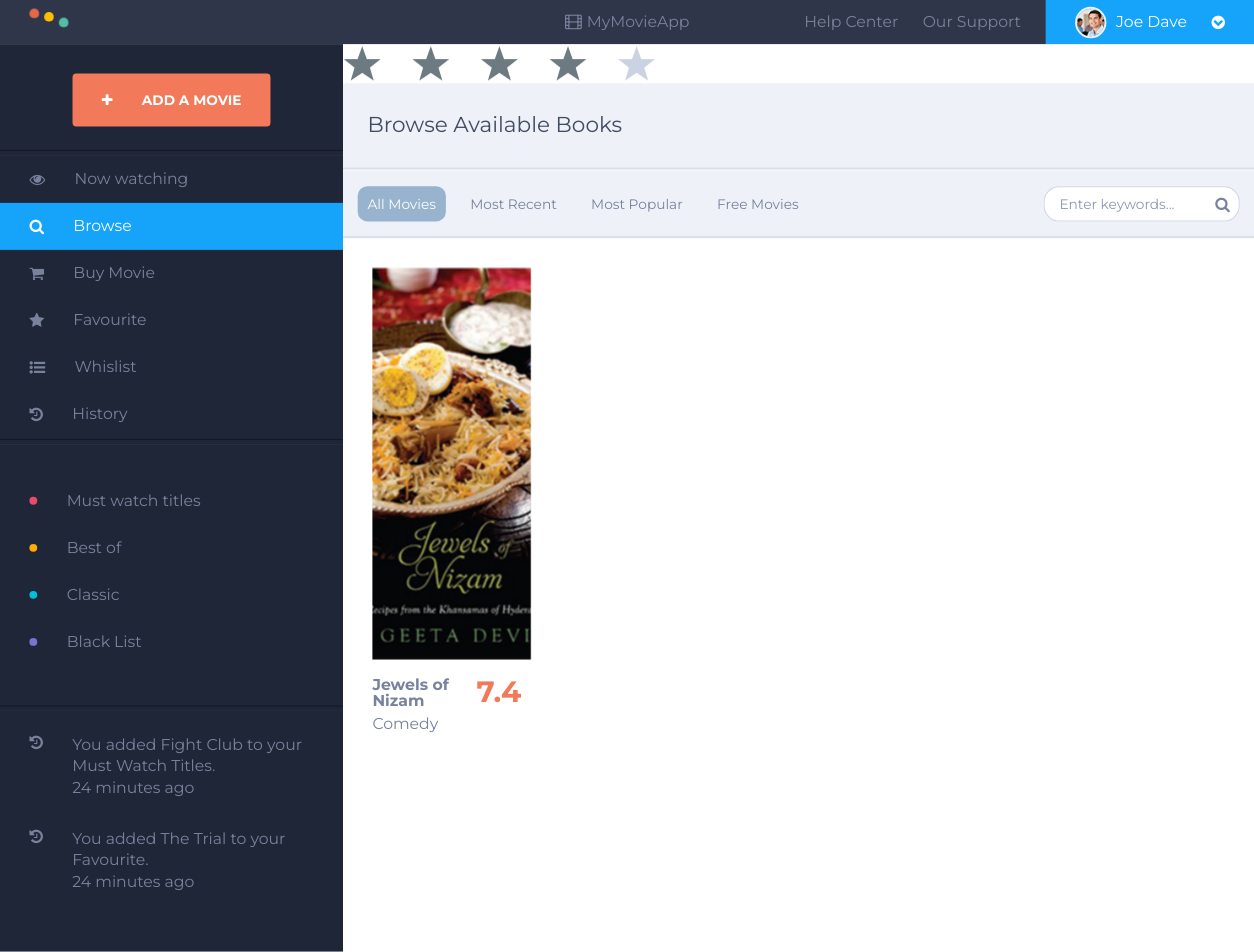
Repository: zyng/movie
Page: /
These files come from the project's save history. The page is drawn as it stood at one moment and after the next save; the edit follows.
The browser window is 1280 px wide. The pictures show the whole page, at 98% of full size.
Some web libraries are served in a nearby version. The project was rebuilt for these pictures with package versions that can differ from the ones it lists, and the page was loaded fresh each time.

Above is the page before, as saved 2019-01-17 02:23:54.

### public/index.html
<!DOCTYPE html>
<html lang="en">

<head>
  <meta charset="UTF-8">
  <meta name="viewport" content="width=device-width, initial-scale=1.0">
  <meta http-equiv="X-UA-Compatible" content="ie=edge">
  <title>Document</title>
  <!-- <link rel="stylesheet" href="https://maxcdn.bootstrapcdn.com/bootstrap/4.0.0/css/bootstrap.min.css" integrity="sha384-Gn5384xqQ1aoWXA+058RXPxPg6fy4IWvTNh0E263XmFcJlSAwiGgFAW/dAiS6JXm"
    crossorigin="anonymous"> -->

  <link href="https://fonts.googleapis.com/css?family=Montserrat:400,700&amp;subset=latin-ext" rel="stylesheet">

</head>

<body>
  <div id="root"></div>





  <script src="https://code.jquery.com/jquery-3.2.1.slim.min.js" integrity="sha384-KJ3o2DKtIkvYIK3UENzmM7KCkRr/rE9/Qpg6aAZGJwFDMVNA/GpGFF93hXpG5KkN"
    crossorigin="anonymous"></script>
  <script src="https://cdnjs.cloudflare.com/ajax/libs/popper.js/1.12.9/umd/popper.min.js" integrity="sha384-ApNbgh9B+Y1QKtv3Rn7W3mgPxhU9K/ScQsAP7hUibX39j7fakFPskvXusvfa0b4Q"
    crossorigin="anonymous"></script>
  <script src="https://maxcdn.bootstrapcdn.com/bootstrap/4.0.0/js/bootstrap.min.js" integrity="sha384-JZR6Spejh4U02d8jOt6vLEHfe/JQGiRRSQQxSfFWpi1MquVdAyjUar5+76PVCmYl"
    crossorigin="anonymous"></script>
</body>

</html>

### src/index.js
import React from 'react';
import ReactDOM from 'react-dom';
import App from './components/App';
import 'bootstrap/dist/css/bootstrap.min.css';
import './css/style.css';
import 'font-awesome/css/font-awesome.min.css';
import * as serviceWorker from './serviceWorker';

ReactDOM.render(<App />, document.getElementById('root'));

serviceWorker.unregister();

### src/components/App.js
import React, { Component } from 'react';

import Header from './Header/Header';
import Navigation from './Navigation/Navigation';
import MainContent from './Main/Main';


class App extends Component {


  render() {
    return (
      <>
        <Header />

        <main>
          <Navigation />
          <MainContent />
        </main>

      </>
    );
  }
}

export default App;

### src/css/style.css
/* http://meyerweb.com/eric/tools/css/reset/
   v2.0 | 20110126
   License: none (public domain)
*/
html, body, div, span, applet, object, iframe, h1, h2, h3, h4, h5, h6, p, blockquote, pre, a, abbr, acronym, address, big, cite, code, del, dfn, em, img, ins, kbd, q, s, samp, small, strike, strong, sub, sup, tt, var, b, u, i, center, dl, dt, dd, ol, ul, li, fieldset, form, label, legend, table, caption, tbody, tfoot, thead, tr, th, td, article, aside, canvas, details, embed, figure, figcaption, footer, header, hgroup, menu, nav, output, ruby, section, summary, time, mark, audio, video { margin: 0; padding: 0; border: 0; font-size: 100%; font: inherit; vertical-align: baseline; }

/* HTML5 display-role reset for older browsers */
article, aside, details, figcaption, figure, footer, header, hgroup, menu, nav, section { display: block; }

body { line-height: 1; }

ol, ul { list-style: none; }

blockquote, q { quotes: none; }

blockquote:before, blockquote:after { content: ''; content: none; }

q:before, q:after { content: ''; content: none; }

table { border-collapse: collapse; border-spacing: 0; }

.header { display: -webkit-box; display: -ms-flexbox; display: flex; height: 45px; background-color: #2f364a; -webkit-box-align: center; -ms-flex-align: center; align-items: center; }

.header__logo { position: absolute; left: 30px; display: -webkit-box; display: -ms-flexbox; display: flex; }

.header__logo div { width: 10px; height: 10px; border-radius: 5px; -webkit-animation: jump .6s infinite; animation: jump .6s infinite; }

.header__logo div:not(:last-child) { margin-right: 5px; }

.header__logo .header__logo--red { background-color: #e76847; }

.header__logo .header__logo--yellow { background-color: #fabf00; -webkit-animation-delay: .1s; animation-delay: .1s; }

.header__logo .header__logo--green { background-color: #52bea6; -webkit-animation-delay: .2s; animation-delay: .2s; }

.header__title { position: absolute; left: 50%; -webkit-transform: translateX(-50%); -ms-transform: translateX(-50%); transform: translateX(-50%); }

.header__title i { margin-right: 5px; }

.header__title i:before { font-size: 16px; }

@media screen and (max-width: 1279px) { .header__title { position: static; margin-left: 140px; } }

.header__nav { position: absolute; right: 0; display: -webkit-box; display: -ms-flexbox; display: flex; -webkit-box-align: center; -ms-flex-align: center; align-items: center; }

.header__nav a { text-decoration: none; }

.header__nav > a { color: #78829d; position: relative; }

.header__nav > a:hover::after { content: ''; position: absolute; top: 50%; -webkit-transform: translateY(-50%); -ms-transform: translateY(-50%); transform: translateY(-50%); right: -15px; width: 8px; height: 8px; border-radius: 50%; background-color: rgba(25, 32, 46, 0.7); }

.header__nav .profile { padding: 0 30px; background-color: #15a4fa; height: 45px; display: -webkit-box; display: -ms-flexbox; display: flex; -webkit-box-align: center; -ms-flex-align: center; align-items: center; }

.header__nav .profile a { display: -webkit-box; display: -ms-flexbox; display: flex; -webkit-box-align: center; -ms-flex-align: center; align-items: center; }

.header__nav .profile__logo { width: 32px; height: 32px; border-radius: 16px; border: 2px solid #eef1f7; margin-right: 10px; }

.header__nav .profile__logo img { -o-object-fit: cover; object-fit: cover; width: 100%; height: 100%; border-radius: 50%; }

.header__nav .profile__name { color: #fff; }

.header__nav .profile i { margin-left: 25px; color: #fff; }

.header__nav > a { margin-right: 25px; }

@-webkit-keyframes jump { 0% { -webkit-transform: translateY(0); transform: translateY(0); }
  50% { -webkit-transform: translateY(-10px); transform: translateY(-10px); }
  100% { -webkit-transform: translateY(0); transform: translateY(0); } }

@keyframes jump { 0% { -webkit-transform: translateY(0); transform: translateY(0); }
  50% { -webkit-transform: translateY(-10px); transform: translateY(-10px); }
  100% { -webkit-transform: translateY(0); transform: translateY(0); } }

.menu { left: 0; background-color: #1f2637; min-height: 100vh; max-width: 350px; }

.menu__new-movie { display: -webkit-box; display: -ms-flexbox; display: flex; -webkit-box-pack: center; -ms-flex-pack: center; justify-content: center; -webkit-box-align: center; -ms-flex-align: center; align-items: center; padding: 30px 0; position: relative; }

.menu__new-movie button { min-width: 200px; padding: 20px 30px; border-radius: 4px; background-color: #f2795a; border: none; outline: none; color: #fff; text-transform: uppercase; font-weight: 700; font-size: 14px; }

.menu__new-movie button i { margin-right: 30px; }

.menu__new-movie button:hover { cursor: pointer; }

.menu__new-movie::after { content: ''; height: 6px; width: 100%; position: absolute; bottom: 0; border-bottom: 1px solid rgba(120, 130, 157, 0.1); border-top: 1px solid #141824; }

.menu__movie-search { display: -webkit-box; display: -ms-flexbox; display: flex; -webkit-box-orient: vertical; -webkit-box-direction: normal; -ms-flex-direction: column; flex-direction: column; padding: 0; position: relative; -webkit-box-sizing: border-box; box-sizing: border-box; }

.menu__movie-search a { height: 48px; width: 100%; display: -webkit-box; display: -ms-flexbox; display: flex; -webkit-box-align: center; -ms-flex-align: center; align-items: center; padding-left: 30px; }

.menu__movie-search a.active { background-color: #15a4fa; color: #fff; }

.menu__movie-search a:hover:not(.active) { background-color: #2f364a; color: #fff; }

.menu__movie-search i { margin-right: 30px; }

.menu__movie-search::after { content: ''; height: 6px; width: 100%; position: absolute; bottom: -7px; border-bottom: 1px solid rgba(120, 130, 157, 0.1); border-top: 1px solid #141824; }

.menu__personal-categories { display: -webkit-box; display: -ms-flexbox; display: flex; -webkit-box-orient: vertical; -webkit-box-direction: normal; -ms-flex-direction: column; flex-direction: column; position: relative; padding: 40px 0; -webkit-box-sizing: border-box; box-sizing: border-box; }

.menu__personal-categories a { padding-left: 30px; display: -webkit-box; display: -ms-flexbox; display: flex; -webkit-box-align: center; -ms-flex-align: center; align-items: center; height: 48px; }

.menu__personal-categories a::before { content: ''; width: 8px; height: 8px; position: relative; border-radius: 50%; display: block; margin-right: 30px; }

.menu__personal-categories a:nth-child(1)::before { background-color: #e64c66; }

.menu__personal-categories a:nth-child(2)::before { background-color: #ffab00; }

.menu__personal-categories a:nth-child(3)::before { background-color: #00bfdd; }

.menu__personal-categories a:nth-child(4)::before { background-color: #7874cf; }

.menu__personal-categories a:hover { background-color: #2f364a; }

.menu__personal-categories::after { content: ''; height: 6px; width: 100%; position: absolute; bottom: -7px; border-bottom: 1px solid rgba(120, 130, 157, 0.1); border-top: 1px solid #141824; }

.menu__history { display: -webkit-box; display: -ms-flexbox; display: flex; -webkit-box-orient: vertical; -webkit-box-direction: normal; -ms-flex-direction: column; flex-direction: column; padding: 30px; }

.menu__history .history__notification { display: -webkit-box; display: -ms-flexbox; display: flex; margin-bottom: 30px; font-weight: 300; }

.menu__history .history__notification i { margin-right: 30px; }

.menu__history .history__notification .notification__description { display: -webkit-box; display: -ms-flexbox; display: flex; -webkit-box-orient: vertical; -webkit-box-direction: normal; -ms-flex-direction: column; flex-direction: column; line-height: 22px; }

.menu__history .history__notification .notification__description span { font-weight: 500; }

.main__content { width: 100%; }

.main__header { background-color: #eef1f7; }

.main__header .main__title { font-size: 22px; line-height: 26px; color: #444c63; padding: 30px 0 30px 25px; border-bottom: 2px solid #dadfea; }

.main__actions-bar { padding: 15px; border-top: 2px solid #f4f6fa; display: -webkit-box; display: -ms-flexbox; display: flex; -webkit-box-pack: justify; -ms-flex-pack: justify; justify-content: space-between; border-bottom: 2px solid #dadfea; }

.main__actions-bar .main__filters { display: -webkit-box; display: -ms-flexbox; display: flex; }

.main__actions-bar .main__filters li:not(:last-child) { margin-right: 15px; }

.main__actions-bar .main__filters li { font-size: 14px; font-weight: 500; padding: 6px 10px; -webkit-transition: background-color .3s; -o-transition: background-color .3s; transition: background-color .3s; display: -webkit-box; display: -ms-flexbox; display: flex; -webkit-box-align: center; -ms-flex-align: center; align-items: center; border-radius: 10px; }

.main__actions-bar .main__filters li.active, .main__actions-bar .main__filters li:hover { cursor: pointer; background-color: #97b3ce; color: #fff; }

.main__actions-bar label { position: relative; }

.main__actions-bar label input { padding: 8px 15px; width: 200px; border-radius: 16px; background-color: #ffffff; border: 1px solid rgba(140, 151, 178, 0.4); font-size: 14px; -o-text-overflow: ellipsis; text-overflow: ellipsis; padding-right: 50px; -webkit-transition: width .3s; -o-transition: width .3s; transition: width .3s; }

.main__actions-bar label input::-webkit-input-placeholder { /* Chrome, Firefox, Opera, Safari 10.1+ */ color: #8c97b2; opacity: 1; /* Firefox */ }

.main__actions-bar label input:-ms-input-placeholder { /* Chrome, Firefox, Opera, Safari 10.1+ */ color: #8c97b2; opacity: 1; /* Firefox */ }

.main__actions-bar label input::-ms-input-placeholder { /* Chrome, Firefox, Opera, Safari 10.1+ */ color: #8c97b2; opacity: 1; /* Firefox */ }

.main__actions-bar label input::placeholder { /* Chrome, Firefox, Opera, Safari 10.1+ */ color: #8c97b2; opacity: 1; /* Firefox */ }

.main__actions-bar label input:-ms-input-placeholder { /* Internet Explorer 10-11 */ color: #8c97b2; }

.main__actions-bar label input::-ms-input-placeholder { /* Microsoft Edge */ color: #8c97b2; }

.main__actions-bar label input:focus { outline: none; width: 400px; }

.main__actions-bar label i { position: absolute; right: 10px; top: 50%; -webkit-transform: translateY(-50%); -ms-transform: translateY(-50%); transform: translateY(-50%); }

.movies { display: -webkit-box; display: -ms-flexbox; display: flex; -ms-flex-wrap: wrap; flex-wrap: wrap; width: 100%; padding: 30px 0 0 30px; }

.movie { margin-right: 2%; margin-bottom: 2%; width: 18%; }

.movie__content { position: relative; overflow: hidden; }

.movie__content img { width: 100%; height: 400px; -o-object-fit: cover; object-fit: cover; }

.movie__content .movie__rate { display: -webkit-box; display: -ms-flexbox; display: flex; -webkit-box-orient: vertical; -webkit-box-direction: normal; -ms-flex-direction: column; flex-direction: column; position: absolute; bottom: 10%; left: 50%; -webkit-transform: translateX(-50%); -ms-transform: translateX(-50%); transform: translateX(-50%); width: 100%; -webkit-box-pack: center; -ms-flex-pack: center; justify-content: center; -webkit-box-align: center; -ms-flex-align: center; align-items: center; }

.movie__content .movie__rate span { font-weight: 700; color: #fff; margin-bottom: 10px; }

.movie__content:hover .movie__actions { display: block; }

.movie__content:hover .movie__action a { -webkit-animation: entry .6s; animation: entry .6s; -webkit-animation-fill-mode: forwards; animation-fill-mode: forwards; }

.movie__content:hover .movie__action:nth-child(2) a { -webkit-animation-delay: .2s; animation-delay: .2s; }

.movie__content:hover .movie__action:nth-child(3) a { -webkit-animation-delay: .4s; animation-delay: .4s; }

.movie__content:hover .movie__action:nth-child(4) a { -webkit-animation-delay: .6s; animation-delay: .6s; }

.movie__content .movie__actions { position: absolute; top: 0; left: 0; width: 100%; height: 100%; z-index: 1; display: none; }

.movie__content .movie__actions .movie__add { position: absolute; top: 10px; left: 20px; display: -webkit-box; display: -ms-flexbox; display: flex; -webkit-box-orient: vertical; -webkit-box-direction: normal; -ms-flex-direction: column; flex-direction: column; }

.movie__content .movie__actions .movie__goto { position: absolute; top: 60%; left: 50%; -webkit-transform: translate(-50%, -50%); -ms-transform: translate(-50%, -50%); transform: translate(-50%, -50%); border: 1px solid #78829d; background-color: #2f364a; border-radius: 10px; padding: 7px 25px; white-space: nowrap; -webkit-transition: .3s all; -o-transition: .3s all; transition: .3s all; font-weight: 700; }

.movie__content .movie__actions .movie__goto:hover { background-color: #fff; color: #2f364a; }

.movie__content .movie__action { -webkit-box-align: center; -ms-flex-align: center; align-items: center; margin-bottom: 25px; cursor: pointer; display: -webkit-box; display: -ms-flexbox; display: flex; position: relative; }

.movie__content .movie__action:nth-child(1) a { background-color: #e64c66; }

.movie__content .movie__action:nth-child(2) a { background-color: #ffab00; }

.movie__content .movie__action:nth-child(3) a { background-color: #00bfdd; }

.movie__content .movie__action:nth-child(4) a { background-color: #7874cf; }

.movie__content .movie__action a { display: block; width: 20px; height: 20px; border-radius: 50%; margin-right: 20px; position: relative; left: -50px; }

.movie__content .movie__action:hover span { width: 160px; }

.movie__content .movie__action span { width: 0; overflow: hidden; color: #fff; -webkit-transition: .3s all; -o-transition: .3s all; transition: .3s all; white-space: nowrap; font-weight: 500; }

.movie__content:hover::after { content: ''; position: absolute; top: 0; left: 0; width: 100%; height: 100%; background-color: rgba(0, 0, 0, 0.7); }

.movie__description { display: -webkit-box; display: -ms-flexbox; display: flex; -webkit-box-pack: justify; -ms-flex-pack: justify; justify-content: space-between; padding-top: 15px; }

.movie__title-category { display: -webkit-box; display: -ms-flexbox; display: flex; -webkit-box-orient: vertical; -webkit-box-direction: normal; -ms-flex-direction: column; flex-direction: column; }

.movie__title-category .movie__title { font-weight: 700; margin-bottom: 8px; }

.movie__title-category .movie__category { font-weight: 100; }

.movie .movie__rating { font-weight: 700; font-size: 30px; margin-right: 10px; color: #f2795a; }

@-webkit-keyframes entry { 0% { left: -50px; }
  100% { left: 0; } }

@keyframes entry { 0% { left: -50px; }
  100% { left: 0; } }

body { color: #78829d; font-family: "Montserrat", sans-serif; font-size: 16px; }

a { color: #78829d; }

a:hover { color: #78829d; text-decoration: none; }

main { display: -webkit-box; display: -ms-flexbox; display: flex; }

### src/components/Header/Header.js
import React, { Component } from 'react';
import avatar from '../../img/avatar-01.png';

class Header extends Component {




    render() {
        return (
            <header className='header'>
                <a href="/" className="header__logo">
                    <div className="header__logo--red"></div>
                    <div className="header__logo--yellow"></div>
                    <div className="header__logo--green"></div>
                </a>
                <div className="header__title">
                    <i className="fa fa-film"></i>
                    <span>MyMovieApp</span>
                </div>
                <nav className="header__nav">
                    <a href="/">Help Center</a>
                    <a href="/">Our Support</a>
                    <div className="profile">
                        <a href="/">
                            <div className="profile__logo"><img src={avatar} alt="user avatar" /></div>
                            <div className="profile__name">Joe Dave</div>
                            <i className="fa fa-chevron-circle-down"></i>
                        </a>
                    </div>
                </nav>

            </header>
        );
    }
}

export default Header;

### src/components/Navigation/Navigation.js
import React, { Component } from 'react';


class Navigation extends Component {


    render() {
        return (
            <aside class="menu">
                <div className="menu__new-movie">
                    <button><i class="fa fa-plus"></i>Add a movie</button>
                </div>
                <nav class="menu__movie-search">
                    <a href="/"><i class="fa fa-eye"></i>Now watching</a>
                    <a href="/" class="active"><i class="fa fa-search"></i>Browse</a>
                    <a href="/"><i class="fa fa-shopping-cart"></i>Buy Movie</a>
                    <a href="/"><i class="fa fa-star"></i>Favourite</a>
                    <a href="/"><i class="fa fa-list-ul"></i>Whislist</a>
                    <a href="/"><i class="fa fa-history"></i>History</a>
                </nav>

                <div class="menu__personal-categories">
                    <a href="/">Must watch titles</a>
                    <a href="/">Best of</a>
                    <a href="/">Classic</a>
                    <a href="/">Black List</a>
                </div>

                <div className="menu__history">
                    <div className="history__notification">
                        <i class="fa fa-history"></i>
                        <div className="notification__description">
                            <div className="notification__text">You added <span>Fight Club</span> to your <span>Must Watch Titles</span>.</div>
                            <div className="notification__time">24 minutes ago</div>
                        </div>
                    </div>
                    <div className="history__notification">
                        <i class="fa fa-history"></i>
                        <div className="notification__description">
                            <div className="notification__text">You added <span>The Trial</span> to your <span>Favourite</span>.</div>
                            <div className="notification__time">24 minutes ago</div>
                        </div>
                    </div>
                </div>
            </aside>
        );
    }
}

export default Navigation;

### src/components/Main/Main.js
import React, { Component } from 'react';
import avatar from '../../img/movie1.png';
import StarRatings from 'react-star-ratings';


class MainContent extends Component {



    render() {
        return (


            <section className="main__content">

                <StarRatings
                    rating={4}
                    starDimension="40px"
                    starSpacing="15px"
                    numOfStars='4'
                />
                <header className="main__header">
                    <div className="main__title">Browse Available Books</div>
                    <div className="main__actions-bar">
                        <ul className="main__filters">
                            <li className="active">All Movies</li>
                            <li>Most Recent</li>
                            <li>Most Popular</li>
                            <li>Free Movies</li>
                        </ul>
                        <label htmlFor="search-movi">
                            <input type="text" id="search-movie" placeholder="Enter keywords..." />
                            <i className="fa fa-search"></i>
                        </label>
                    </div>
                </header>

                <section className="">

                    <div className="movies">

                        <div className="movie">
                            <div className="movie__content">
                                <img src={avatar} alt="" />
                                <div className="movie__actions">
                                    <div className="movie__add">
                                        <div className="movie__action"><a href=""></a><span>Add to Must watch</span></div>
                                        <div className="movie__action"><a href=""></a><span>Add to Best of</span></div>
                                        <div className="movie__action"><a href=""></a><span>Add to Classic</span></div>
                                        <div className="movie__action"><a href=""></a><span>Add to Black list</span></div>
                                    </div>
                                    <a href='/' className='movie__goto'>Check Movie</a>
                                </div>
                            </div>
                            <div className="movie__description">
                                <div className="movie__title-category">
                                    <span className="movie__title">Jewels of Nizam</span>
                                    <span className="movie__category">Comedy</span>
                                </div>
                                <div className="movie__rating">7.4</div>
                            </div>
                        </div>


                    </div>


                </section>

            </section>

        );
    }
}

export default MainContent;

Loaded but not shown: src/serviceWorker.js (common file)

After the next save:
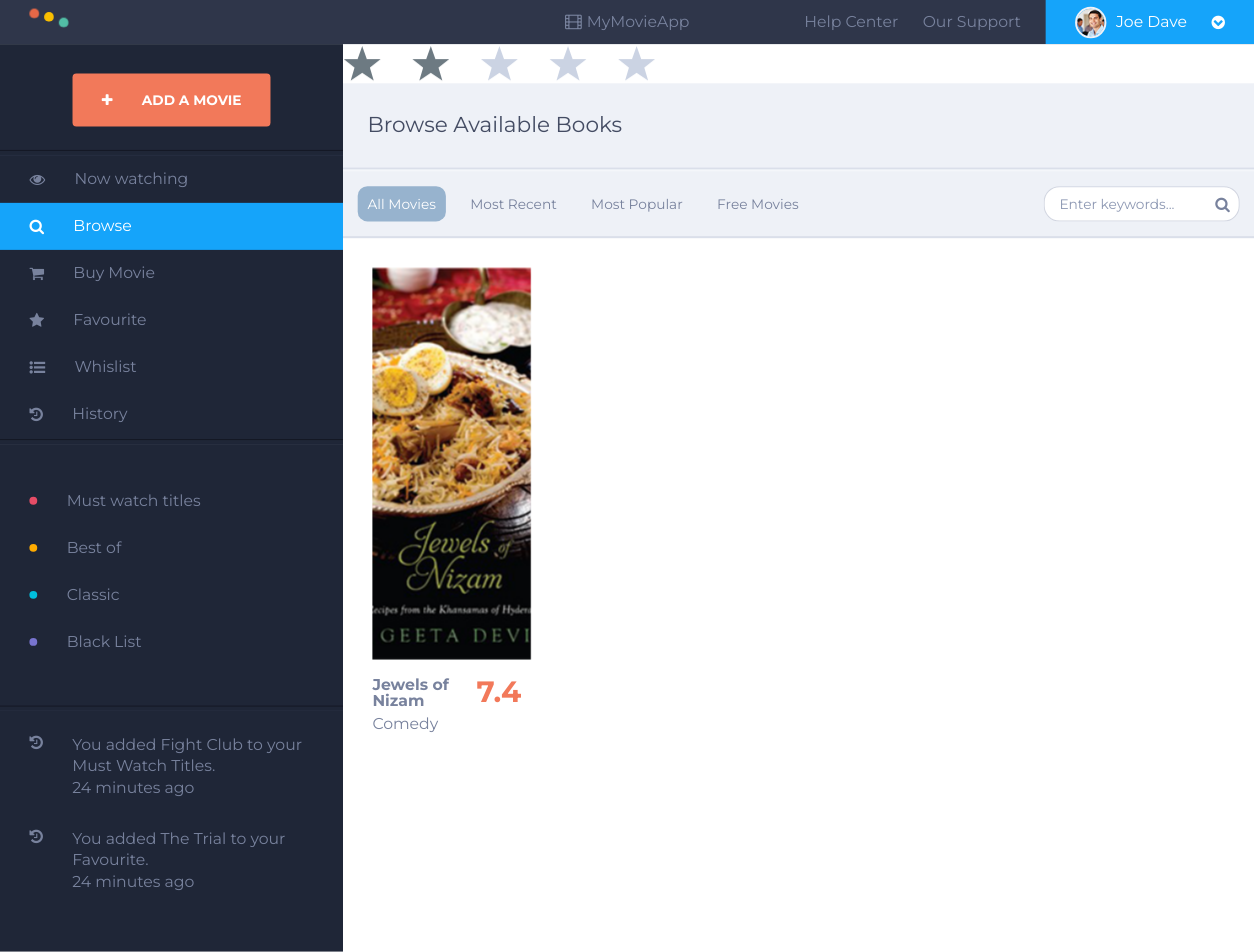
Saved 4 s later.
--- a/src/components/Main/Main.js
+++ b/src/components/Main/Main.js
@@ -14,7 +14,7 @@
             <section className="main__content">
 
                 <StarRatings
-                    rating={4}
+                    rating={2}
                     starDimension="40px"
                     starSpacing="15px"
                     numOfStars='4'
